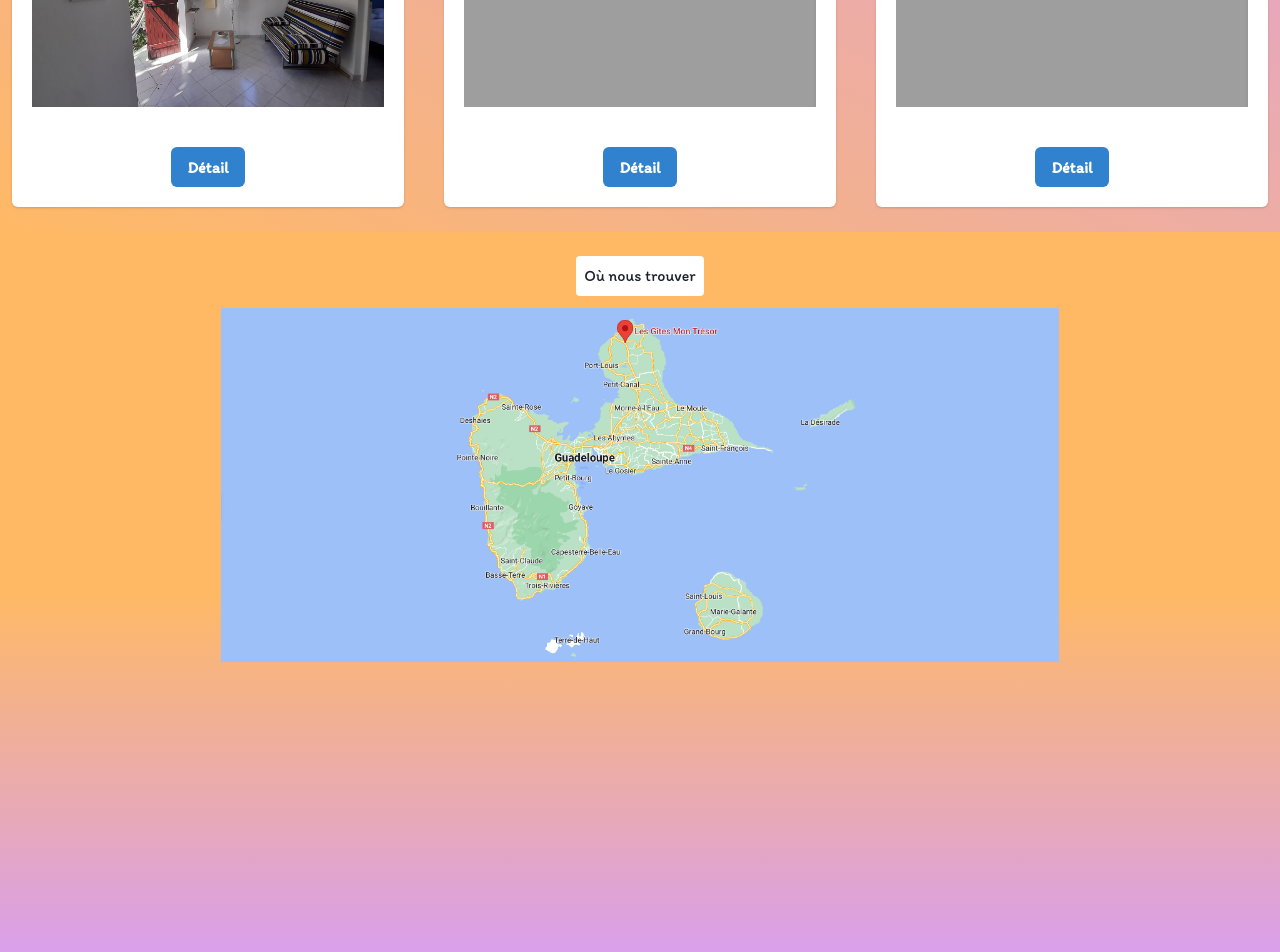
Repository: All-Khwarizmi/gites-v2
Page: /
These files come from the project's save history. The page is drawn as it stood at one moment and after a run of saves; the edit follows.
The browser window is 1280 px wide. The pictures show the part of the page from y = 1208 to 2160 px (the page is 2160 px tall).
Pictures or frames that could not be fetched are drawn as grey boxes. The project was rebuilt for these pictures with package versions that can differ from the ones it lists, and the page was loaded fresh each time. The framework's server and built-in components were replaced by stand-ins that run in the browser. Also part of the build but not shown: next.config.js, next.config.mjs.

Above is the page before, as saved 2023-02-03 19:17:32.

### src/pages/_app.tsx
import { type AppType } from "next/dist/shared/lib/utils";
import { ChakraProvider } from "@chakra-ui/react";
import Layout from "../components/Layout";
import { Itim } from "@next/font/google";
import Navbar from "../components/Navbar";

import "../styles/globals.css";
import Head from "next/head";

const inter = Itim({ weight: "400", subsets: ["latin"] });

const MyApp: AppType = ({ Component, pageProps }) => {
  return (
    <ChakraProvider>
      <Head>
        <title>Gîtes Mon Tresor</title>
        <meta
          name="viewport"
          /* content="width=device-width, initial-scale=1.0, maximum-scale=1.0,user-scalable=0" */
          content="viewport-fit=cover"
        />
        <meta name="title" content="Gîtes Mon Tresor" />

        <meta
          name="description"
          content="Gîtes accueillants et chaleureux en Guadeloupe, Anse Bertrand. Venez en famille ou en amoureux profiter des plaisirs qu'offre l'île. "
        />
        <meta property="og:image" content="/IMG_0318.JPG" key="ogimage" />
      </Head>

      <main className={inter.className}>
        <Component {...pageProps} />
      </main>
    </ChakraProvider>
  );
};

export default MyApp;

### src/pages/index.tsx
import { type NextPage } from "next";
import Head from "next/head";
import Link from "next/link";
import Test from "./Test";
import styles from '../styles/Home.module.scss'

const Home: NextPage = () => {
  return (
    <>
      <Test />
    </>
  );
};

export default Home;

### src/styles/globals.css
@tailwind base;
@tailwind components;
@tailwind utilities;

:root {
  --colorOne: #ffb965;
  --colorTwo: #d99feb;
  --color3: #ffbf5b;
  --color4: #31b7cf;
}
* {
  margin: 0;
  padding: 0;
}
body {
  width: 100vw;
  height: 100vh;
  box-sizing: border-box;
}

.test {
  width: 100%;
}

#myVideo {
  object-fit: cover;

  min-height: 100vh;
  position: relative;
  z-index: -1;
  bottom: 0;
  right: 0;
}

.section {
  background-image: linear-gradient(
    27deg,
    var(--colorOne) 0%,
    var(--colorTwo) 100%
  );
  margin-top: 0;
  position: relative;
}
.section-2 {
  background-image: linear-gradient(
    360deg,
   var(--colorTwo) 0%,
    var(--colorOne) 50%
  );
  margin-top: 0;
  position: relative;
}


.card-1 {
  background-color: inherit;
  padding: 3rem;
  width: 100%;
}
.nav {
  position: fixed;
  z-index: 5;


}

### src/pages/Test.tsx
import { AppType } from "next/app";
import {
  Card,
  CardHeader,
  ButtonGroup,
  Button,
  CardBody,
  CardFooter,
  Stack,
  Image,
  Heading,
  Text,
  Divider,
  Flex,
} from "@chakra-ui/react";
import Carousel from "../components/Carousel";
import { Component, useEffect, useRef, useState } from "react";
import Localisation from "../components/Localisation";
import Navbar from "../components/Navbar";

const Test = () => {
  const divPosition: any = useRef(null);


  const slidesPalmier = [
    {
      img: "/Gite Palmier/1.jpg",
    },
    {
      img: "/Gite Palmier/2.jpg",
    },
    {
      img: "/Gite Palmier/3.jpg",
    },
    {
      img: "/Gite Palmier/4.jpg",
    },
    {
      img: "/Gite Palmier/5.jpg",
    },
    {
      img: "/Gite Palmier/6.jpg",
    },
    {
      img: "/Gite Palmier/7.jpg",
    },
    {
      img: "/Gite Palmier/9087556.jpg",
    },
  ];
  const slidesAnanas = [
    {
      img: "/Gite Ananas/1.jpg",
    },
    {
      img: "/Gite Ananas/2.jpg",
    },
    {
      img: "/Gite Ananas/3.jpg",
    },
    {
      img: "/Gite Ananas/4.jpg",
    },
    {
      img: "/Gite Ananas/5.jpg",
    },
    {
      img: "/Gite Ananas/6.jpg",
    },
    {
      img: "/Gite Ananas/20191231_100325.jpg",
    },
    {
      img: "/Gite Ananas/20200325_100606.jpg",
    },
  ];
  const slidesKawan = [
    {
      img: "/Gite Kawan/1.jpg",
    },
    {
      img: "/Gite Kawan/2.jpg",
    },
    {
      img: "/Gite Kawan/3.jpg",
    },
    {
      img: "/Gite Kawan/4.jpg",
    },

    {
      img: "/Gite Kawan/6.jpg",
    },
    {
      img: "/Gite Kawan/7.jpg",
    },
    {
      img: "/Gite Kawan/8.jpg",
    },
    {
      img: "/Gite Kawan/9.jpg",
    },
    {
      img: "/Gite Kawan/10.jpg",
    },
    {
      img: "/Gite Kawan/11.jpg",
    },
    {
      img: "/Gite Kawan/12.jpg",
    },
    {
      img: "/Gite Kawan/13.jpg",
    },
    {
      img: "/Gite Kawan/14.jpg",
    },
    {
      img: "/Gite Kawan/15.jpg",
    },
  ];

  return (
    <>
      <main>
        <Navbar position={divPosition} />
        <div className="test">
          <section className="test">
            <video
              autoPlay
              playsInline
              muted
              loop
              id="myVideo"
              poster="/Gite Kawan/1.jpg"
            >
              <source src={"/Mon film.mp4"} type="video/mp4" />
            </video>
          </section>
          <div className="section h-screen">
            <section ref={divPosition} className="section h-full">
              <div className="card-1 flex-column flex justify-center">
                <Card maxW={"900px"}>
                  <Heading className="flex-column flex justify-center p-2">
                    <p> Bienvenue en Guadeloupe !</p>
                  </Heading>
                  <CardBody>
                    <Text className="welcome-text">
                      Pour des vacances au soleil, sur des plages de sable blanc
                      ou de belles balades dans une verdure luxuriante : les
                      Gîtes Mon Trésor vous assurent un dépaysement total. Loin
                      des grandes structures touristiques, dans un jardin calme
                      et ventilé avec piscine sécurisée, Catherine et Laurent,
                      originaires de Normandie, vous accueillent toute l’année
                      dans leurs gîtes situés sur la commune d'ANSE-BERTRAND, à
                      3 km des plages et de tous commerces. Nous avons l'énorme
                      chance de n'avoir jamais de sargasses sur nos plages les
                      plus proches. Bonne visite !
                    </Text>
                  </CardBody>
                </Card>
              </div>

              <div className="grid  grid-flow-row justify-center gap-4 md:grid-flow-col ">
                <Card maxW="lg" m={3}>
                  <Stack mt="6" spacing="3">
                    <Heading textAlign={"center"} size="md">
                      Gîte Palmier
                    </Heading>
                  </Stack>
                  <CardBody>
                    <Carousel slides={slidesPalmier} />
                  </CardBody>
                  <Flex align="center" justify="center">
                    <CardFooter>
                      <Button variant="solid" colorScheme="blue">
                        Détail
                      </Button>
                    </CardFooter>
                  </Flex>
                </Card>
                <Card maxW="lg" m={3}>
                  <Stack mt="6" spacing="3">
                    <Heading textAlign={"center"} size="md">
                      Gîte Ananas
                    </Heading>
                  </Stack>
                  <CardBody>
                    <Carousel slides={slidesAnanas} />
                  </CardBody>
                  <Flex align="center" justify="center">
                    <CardFooter>
                      <Button variant="solid" colorScheme="blue">
                        Détail
                      </Button>
                    </CardFooter>
                  </Flex>
                </Card>
                <Card maxW="lg" m={3}>
                  <Stack mt="6" spacing="3">
                    <Heading textAlign={"center"} size="md">
                      Gîte Kawan
                    </Heading>
                  </Stack>
                  <CardBody>
                    <Carousel slides={slidesKawan} />
                  </CardBody>
                  <Flex align="center" justify="center">
                    <CardFooter>
                      <Button variant="solid" colorScheme="blue">
                        Détail
                      </Button>
                    </CardFooter>
                  </Flex>
                </Card>
              </div>


            </section>
          </div>
          <div className="h-screen section-2">
            <Localisation />
          </div>
        </div>
      </main>
    </>
  );
};

export default Test;

### src/components/Carousel.tsx
import React from 'react'
import { useEffect, useState } from 'react';
import { Flex, Box, Text, Image } from '@chakra-ui/react';

const Carousel = ({slides}: any) => {

  const slides1 = [
    {
      img: "/Gîte Palmier/1.jpg",
    },
    {
      img: "/Gîte Palmier/2.jpg",
    },
    {
      img: "/Gîte Palmier/3.jpg",
    },
    {
      img: "/Gîte Palmier/4.jpg",
    },
    {
      img: "/Gîte Palmier/5.jpg",
    },
    {
      img: "/Gîte Palmier/6.jpg",
    },
    {
      img: "/Gîte Palmier/7.jpg",
    },
    {
      img: "/Gîte Palmier/9087556.jpg",
    },

  ];
  const [currentSlide, setCurrentSlide] = useState(0);
  const slidesCount = slides.length;
  const carouselStyle = {
    transition: "all .5s",
    ml: `-${currentSlide * 100}%`,
  };
  const SLIDES_INTERVAL_TIME = 3000;
  const ANIMATION_DIRECTION = "right";
  useEffect(() => {
    const prevSlide = () => {
      setCurrentSlide((s) => (s === 0 ? slidesCount - 1 : s - 1));
    };

    const nextSlide = () => {
      setCurrentSlide((s) => (s === slidesCount - 1 ? 0 : s + 1));
 };

    const automatedSlide = setInterval(() => {
      ANIMATION_DIRECTION.toLowerCase() === "left" ? prevSlide() : nextSlide();
    }, SLIDES_INTERVAL_TIME);
    return () => clearInterval(automatedSlide);
  }, [slidesCount]);
  return (
    <Flex
      w="full"
      bg="#edf3f8"
      _dark={{
        bg: "#3e3e3e",
      }}

      alignItems="center"
      justifyContent="center"
    >
      <Flex w="full" overflow="hidden">
        <Flex pos="relative" h="200px" w="full" {...carouselStyle}>
          {slides.map((slide: any, sid: any) => (
            <Box key={`slide-${sid}`} flex="none" boxSize="full" shadow="md">
              <Text
                color="white"
                fontSize="xs"
                p="8px 12px"
                pos="absolute"
                top="0"
                whiteSpace="nowrap"
              >
                {sid + 1} / {slidesCount}
              </Text>
              <Image
                src={slide.img}
                alt="carousel image"
                boxSize="full"
                backgroundSize="cover"
              />
            </Box>
          ))}
        </Flex>
      </Flex>
    </Flex>
  );
};



export default Carousel

### src/components/Localisation.tsx
import React from "react";
import Link from "next/link";

const Localisation = () => {
  const coordinates: string =
    "Les+Gîtes+Mon+Trésor/@16.4645544,-61.4825254,17z";
  const baseUrl: string =
    "https://www.google.com/maps/search/?api=1&query=Les+Gîtes+Mon+Trésor+Anse+Bertrand/";
  return (
    <>
      <div className="location align-center flex items-center justify-center p-3"></div>
      <div className="section-location flex  justify-center">
        <p className="text-extra-bold w-30 rounded bg-white p-2">
          Où nous trouver
        </p>
      </div>

      <div className="location p-3">
        <a
          className="align-center flex items-center justify-center"
          target="_blank"
          href={baseUrl}
        >
          <img
            className="w-2/3"
            src="./IMG_0537.JPG"
            alt="carte de la Guadeloupe"
          />
        </a>
      </div>
    </>
  );
};

export default Localisation;

### src/components/Navbar.tsx
import { useEffect, useState, useRef } from "react";

function NavLink({ to, children }: any) {
  return (
    <a href={to} className={`mx-4`}>
      {children}
    </a>
  );
}

function MobileNav({ open, setOpen }: any) {
  return (
    <div
      className={`absolute top-0 left-0 h-screen w-screen transform bg-white ${
        open ? "-translate-x-0" : "-translate-x-full"
      } drop-shadow-md filter transition-transform duration-300 ease-in-out `}
    >
      <div className="flex h-20 items-center justify-center bg-white drop-shadow-md filter">
        {" "}
        {/*logo container*/}
        <a className="text-2xl font-semibold" href="/">
          <img
            className="w-24 hover:w-32"
            src="/IMG_0318.JPG"
            alt="Gîtes Mon Tresor Logo"
          />
        </a>
      </div>
      <div className="ml-4 flex flex-col">
        <a
          className="my-4 text-xl font-medium"
          href="#"
          onClick={() =>
            setTimeout(() => {
              setOpen(!open);
            }, 100)
          }
        >
          Accueil
        </a>
        <a
          className="my-4 text-xl font-normal"
          href="#"
          onClick={() =>
            setTimeout(() => {
              setOpen(!open);
            }, 100)
          }
        >
          Gîtes
        </a>
        <a
          className="my-4 text-xl font-normal"
          href="#"
          onClick={() =>
            setTimeout(() => {
              setOpen(!open);
            }, 100)
          }
        >
          Localisation
        </a>
        <a
          className="my-4 text-xl font-normal"
          href="#"
          onClick={() =>
            setTimeout(() => {
              setOpen(!open);
            }, 100)
          }
        >
          Tarifs
        </a>
        <a
          className="my-4 text-xl font-normal"
          href="#"
          onClick={() =>
            setTimeout(() => {
              setOpen(!open);
            }, 100)
          }
        >
          Contact
        </a>
        <a
          className="my-4 text-xl font-normal"
          href="#"
          onClick={() =>
            setTimeout(() => {
              setOpen(!open);
            }, 100)
          }
        >
          Partenariats
        </a>
      </div>
    </div>
  );
}

export default function Navbar({ position }: any) {
  const [open, setOpen] = useState(false);
  const [color, setColor] = useState(" ");
  const [colorFont, setColorFont] = useState(" ");
  const [offset, setOffset] = useState(0);


  useEffect(() => {
    const onScroll = () => setOffset(window.pageYOffset);
    // clean up code
    window.removeEventListener("scroll", onScroll);
    window.addEventListener("scroll", onScroll, { passive: true });
    if (position?.current?.getBoundingClientRect().top < 80) {
      setColor("bg-white");
      setColorFont("text-black");
    } else {
      setColor(" ");
      setColorFont("text-white");
    }
    return () => window.removeEventListener("scroll", onScroll);
  }, [offset]);

  const style = { backgroundColor: color, color: colorFont };
  return (
    <nav
      className={`nav flex h-20 w-full items-center gap-4 ${style.backgroundColor}  px-4 py-4 drop-shadow-md filter`}
    >
      <MobileNav open={open} setOpen={setOpen} />
      <div className="flex w-3/12 items-center">
        <a className="text-2xl font-semibold" href="/">
          <img
            className="w-24 hover:w-32"
            src="/IMG_0318.JPG"
            alt="Gîtes Mon Tresor Logo"
          />
        </a>
      </div>
      <div className="flex w-9/12 items-center justify-end">
        <div
          className="relative z-50 flex h-8 w-8 flex-col items-center justify-between md:hidden"
          onClick={() => {
            setOpen(!open);
          }}
        >
          {/* hamburger button */}
          <span
            className={`h-1 w-full transform rounded-lg bg-black transition duration-300 ease-in-out ${
              open ? "translate-y-3.5 rotate-45" : ""
            }`}
          />
          <span
            className={`h-1 w-full rounded-lg bg-black transition-all duration-300 ease-in-out ${
              open ? "w-0" : "w-full"
            }`}
          />
          <span
            className={`h-1 w-full transform rounded-lg bg-black transition duration-300 ease-in-out ${
              open ? "-translate-y-3.5 -rotate-45" : ""
            }`}
          />
        </div>

        <div className="hidden md:flex">
          <ul className="flex justify-items-center gap-x-3">
            <li className="mr-6">
              <a
                className={` flex-initial text-2xl ${style.color} text-justify   hover:underline`}
                href="#"
              >
                Accueil
              </a>
            </li>
            <li className="mr-6">
              <a
                className={` flex-initial text-2xl ${style.color} text-justify   hover:underline`}
                href="#"
              >
                Gîtes
              </a>
            </li>
            <li className="mr-6">
              <a
                className={` flex-initial text-2xl ${style.color} text-justify   hover:underline`}
                href="#"
              >
                Localisation
              </a>
            </li>
            <li className="mr-6">
              <a
                className={` flex-initial text-2xl ${style.color} text-justify   hover:underline`}
                href="#"
              >
                Tarifs
              </a>
            </li>
            <li className="mr-6">
              <a
                className={` flex-initial text-2xl ${style.color} text-justify   hover:underline`}
                href="#"
              >
                Contact
              </a>
            </li>
            <li className="mr-6">
              <a
                className={` flex-initial text-2xl ${style.color} text-justify   hover:underline`}
                href="#"
              >
                Partenariats
              </a>
            </li>
          </ul>
        </div>
      </div>
    </nav>
  );
}

Loaded but not shown: tailwind.config.cjs (common file)

After the next 2 saves:
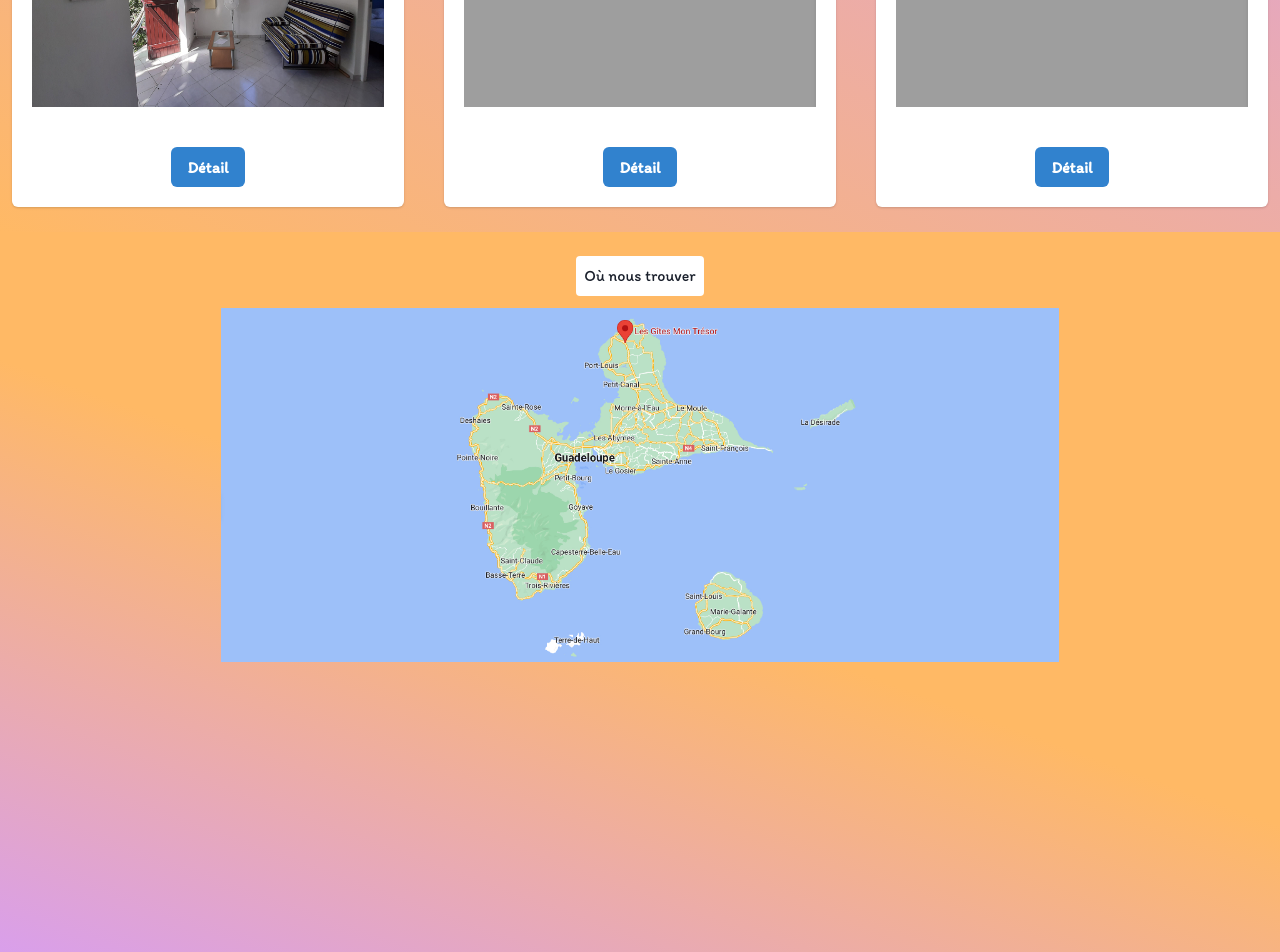
The 2 saves are shown as one change because they came seconds apart.
The last was saved 9 s later.
--- a/src/styles/globals.css
+++ b/src/styles/globals.css
@@ -43,7 +43,7 @@ body {
 }
 .section-2 {
   background-image: linear-gradient(
-    360deg,
+    20deg,
    var(--colorTwo) 0%,
     var(--colorOne) 50%
   );
